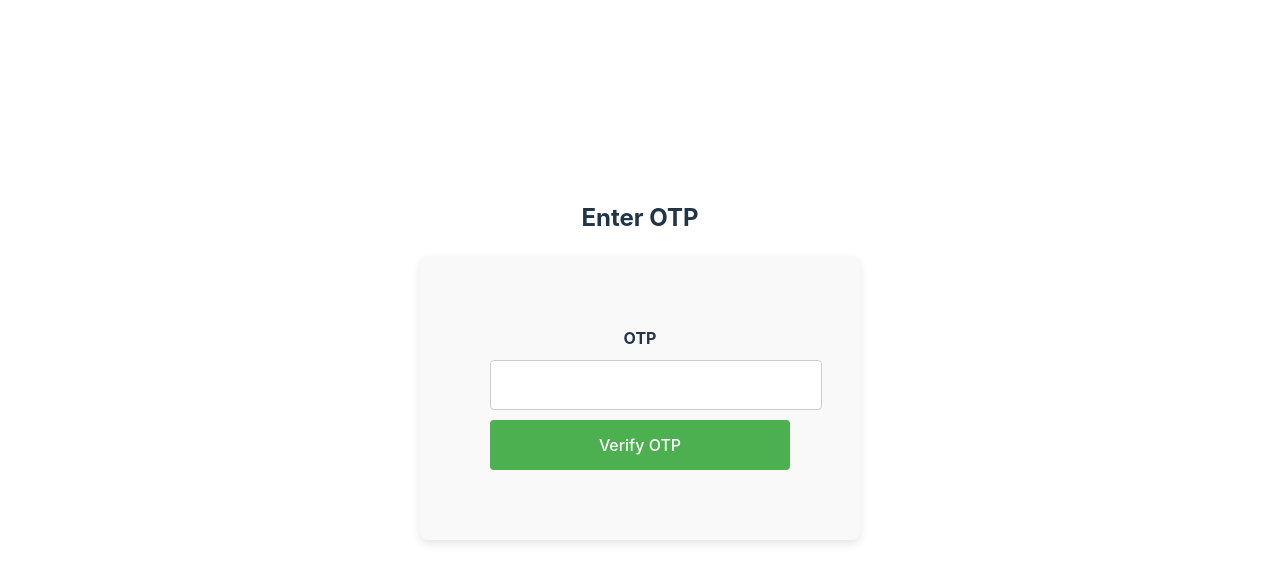
Repository: sarathraj2002/MockTest
Page: /check (app in Frontend/)
These files come from the project's save history. The page is drawn as it stood at one moment and after the next save; the edit follows.
The browser window is 1280 px wide. The pictures show the whole page.
The project was rebuilt for these pictures with package versions that can differ from the ones it lists, and the page was loaded fresh each time. Also part of the build but not shown: Frontend/vite.config.js, Frontend/src/components/Otp.jsx, Frontend/src/components/Home.jsx.

Above is the page before, as saved 2024-11-13 17:15:16.

### Frontend/index.html
<!doctype html>
<html lang="en">
  <head>
    <meta charset="UTF-8" />
    <link rel="icon" type="image/svg+xml" href="/vite.svg" />
    <meta name="viewport" content="width=device-width, initial-scale=1.0" />
    <title>MockTest</title>
  </head>
  <body>
    <div id="root"></div>
    <script type="module" src="/src/main.jsx"></script>
  </body>
</html>

### Frontend/src/main.jsx
import { StrictMode } from 'react'
import { createRoot } from 'react-dom/client'
import App from './App.jsx'
import './index.css'
import { BrowserRouter } from 'react-router-dom'


createRoot(document.getElementById('root')).render(
  <StrictMode>
     <BrowserRouter>
    <App />
    </BrowserRouter>
  </StrictMode>,
)

### Frontend/src/App.jsx
import { useState } from 'react'
import './App.css'
import Otp from './components/Otp'
import { Home } from './components/Home'
import { Route,Routes,useNavigate } from 'react-router-dom'
import Mail from './components/Mail'

function App() {
  const [email, setEmail] = useState('');
  const navigate = useNavigate();
  const handleEmailSubmit=(email)=>{
    setEmail(email);
    navigate('/check');
  }


  return (
    <>
    <Routes>
      <Route path='/' element={<Otp onEmailSubmit={handleEmailSubmit}/>}></Route>
      <Route path='/check' element={<Mail/>}></Route>
      <Route path='/home' element={<Home/>}></Route>
    </Routes>
    </>
  )
}

export default App

### Frontend/src/components/Mail.jsx
import React, { useState } from 'react';
import axios from 'axios';
import { useNavigate } from 'react-router-dom';

function OTPForm({ email, onOTPVerify }) {
  const [otp, setOtp] = useState('');
  const [errorMessage, setErrorMessage] = useState('');
  const navigate = useNavigate();

  const handleSubmit = async (e) => {
    e.preventDefault();

    try {
      const response = await axios.post('http://localhost:5000/api/verify-otp', {
        otp
      });
      const data = response.data;

      if (data.valid) {
        navigate('/home');
      } else {
        setErrorMessage(data.message || 'Invalid OTP. Please try again.');
      }
    } catch (error) {
      console.error('Error verifying OTP:', error);
      setErrorMessage('An error occurred while verifying OTP.');
    }
  };

  const formStyle = {
    width: '300px',
    margin: '0 auto',
    padding: '70px',
    backgroundColor: '#f9f9f9',
    borderRadius: '8px',
    boxShadow: '0 4px 8px rgba(0, 0, 0, 0.1)',
  };

  const inputStyle = {
    width: '100%',
    padding: '15px',
    margin: '10px 0',
    borderRadius: '4px',
    border: '1px solid #ccc',
    fontSize: '16px',
  };

  const buttonStyle = {
    width: '100%',
    padding: '15px',
    backgroundColor: '#4CAF50',
    color: 'white',
    fontSize: '16px',
    border: 'none',
    borderRadius: '4px',
    cursor: 'pointer',
  };

  const buttonHoverStyle = {
    backgroundColor: '#45a049',
  };

  const errorMessageStyle = {
    color: 'red',
    marginTop: '10px',
    textAlign: 'center',
  };

  return (
    <div style={{ padding: '50px 20px', textAlign: 'center' }}>
      <h2 style={{ marginBottom: '20px' }}>Enter OTP</h2>
      <form onSubmit={handleSubmit} style={formStyle}>
        <label style={{ fontSize: '16px', fontWeight: 'bold', marginBottom: '10px' }}>OTP</label>
        <input
          type="text"
          value={otp}
          onChange={(e) => setOtp(e.target.value)}
          required
          maxLength="4"
          style={inputStyle}
        />
        <button type="submit" style={buttonStyle} onMouseEnter={(e) => e.target.style.backgroundColor = buttonHoverStyle.backgroundColor} onMouseLeave={(e) => e.target.style.backgroundColor = buttonStyle.backgroundColor}>
          Verify OTP
        </button>
      </form>
      {errorMessage && <p style={errorMessageStyle}>{errorMessage}</p>}
    </div>
  );
}

export default OTPForm;

Loaded but not shown: Frontend/src/index.css (common file); Frontend/src/App.css (common file)

After the next save:
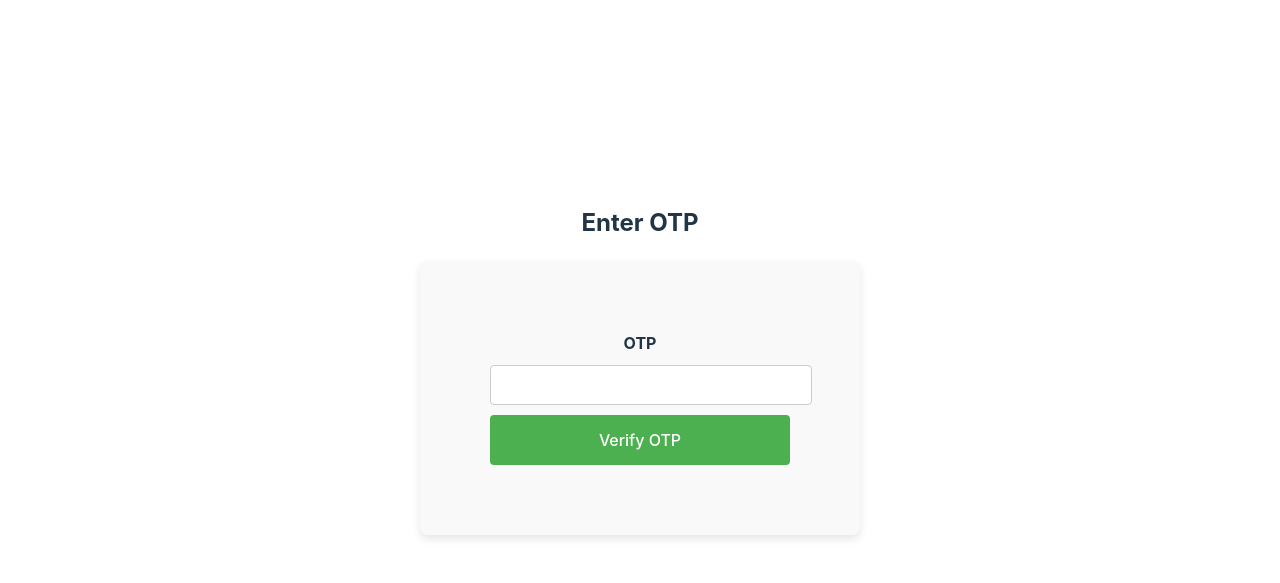
Saved 16 s later.
--- a/Frontend/src/components/Mail.jsx
+++ b/Frontend/src/components/Mail.jsx
@@ -38,7 +38,7 @@
 
   const inputStyle = {
     width: '100%',
-    padding: '15px',
+    padding: '10px',
     margin: '10px 0',
     borderRadius: '4px',
     border: '1px solid #ccc',

After the 2 saves that followed:
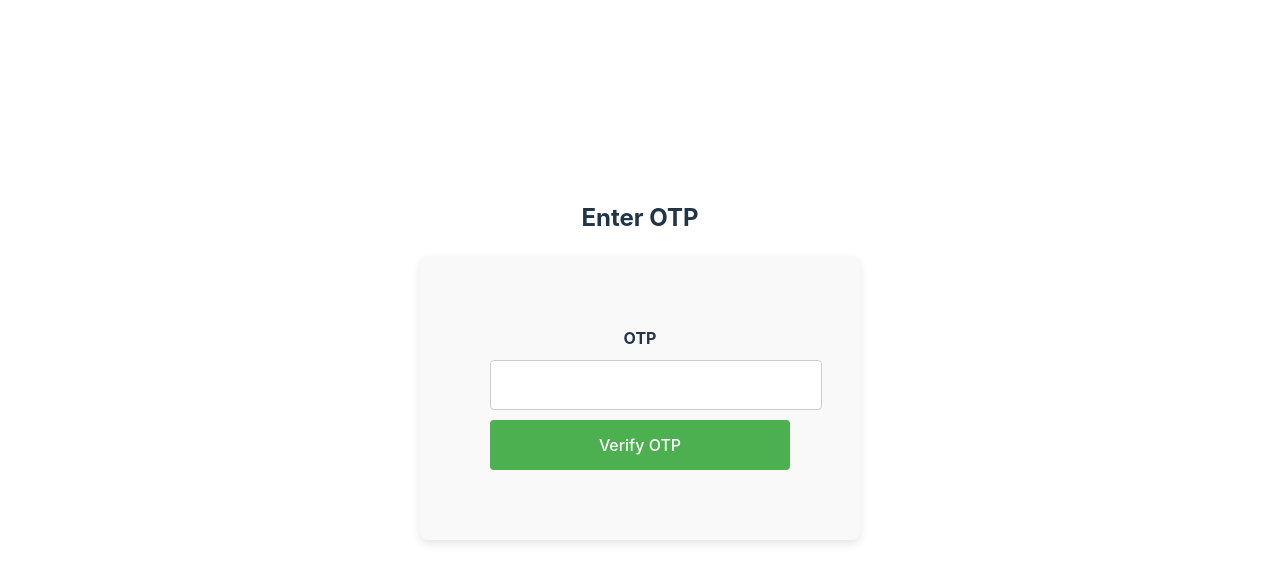
The 2 saves are shown as one change because they came seconds apart.
The last was saved 7 s later.
--- a/Frontend/src/components/Mail.jsx
+++ b/Frontend/src/components/Mail.jsx
@@ -38,7 +38,7 @@
 
   const inputStyle = {
     width: '100%',
-    padding: '10px',
+    padding: '15px',
     margin: '10px 0',
     borderRadius: '4px',
     border: '1px solid #ccc',
